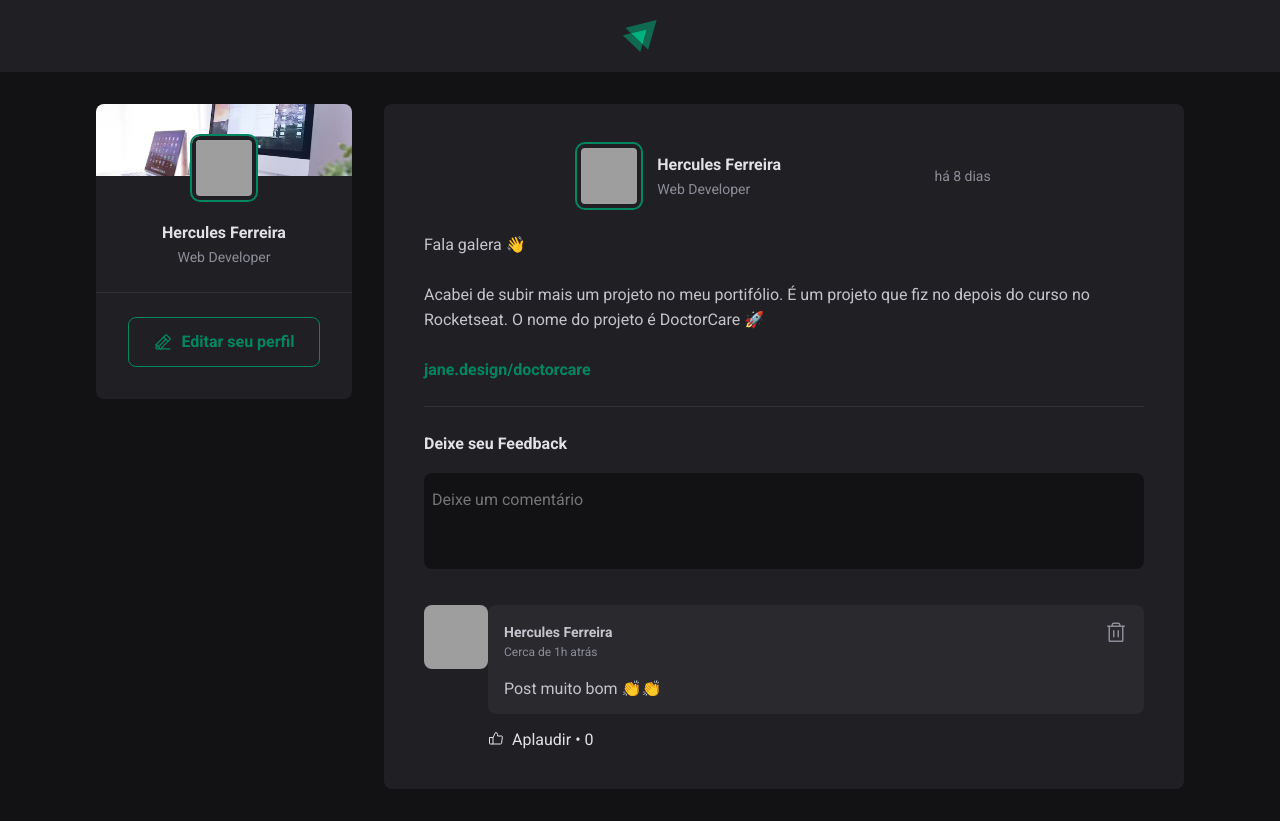
Repository: hercules-ferreira/project-1-posts
Page: /
The author's editor kept a copy of each file at every save. The page is drawn from the files as they stood at one save, then again after the next save.
The browser window is 1280 px wide. The pictures show the whole page.
Pictures or frames that could not be fetched are drawn as grey boxes. Some web fonts or font styles are not loaded; a fallback is used. The project was rebuilt for these pictures with package versions that can differ from the ones it lists, and the page was loaded fresh each time. Also part of the build but not shown: vite.config.js.

Above is the page before, as saved 2023-08-14 16:22:33.

After the next save:
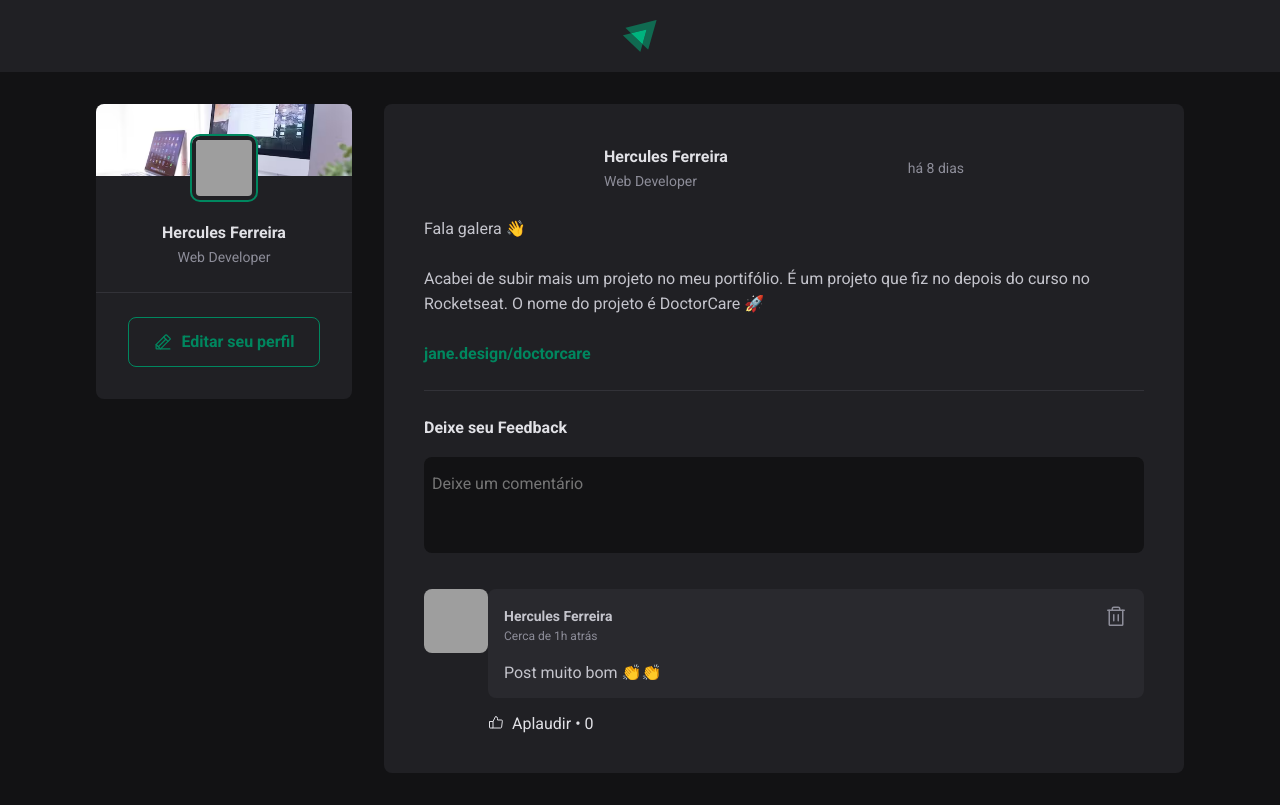
Saved 5 min 0 s later.
--- a/src/components/Post.jsx
+++ b/src/components/Post.jsx
@@ -57,7 +57,7 @@
       <article className={styles.post}>
         <header>
           <div className={styles.author}>
-            <Avatar hasBorder src={author.avatarUrl} />
+            {/* <Avatar hasBorder src={author.avatarUrl} /> */}
 
             <div className={styles.authorInfo}>
               <strong>{author.name}</strong>

After the save that followed:
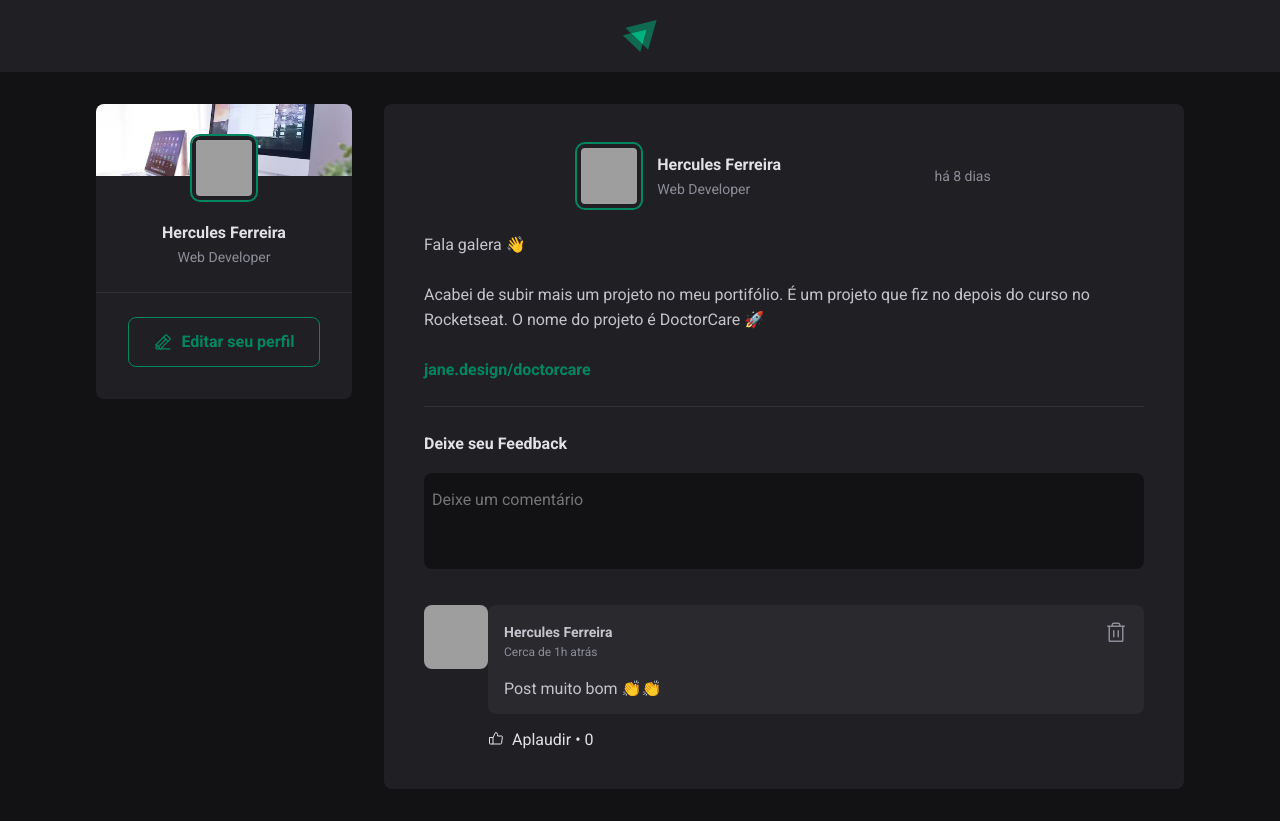
Saved 8 s later.
--- a/src/components/Post.jsx
+++ b/src/components/Post.jsx
@@ -57,7 +57,7 @@
       <article className={styles.post}>
         <header>
           <div className={styles.author}>
-            {/* <Avatar hasBorder src={author.avatarUrl} /> */}
+            <Avatar hasBorder src={author.avatarUrl} />
 
             <div className={styles.authorInfo}>
               <strong>{author.name}</strong>
